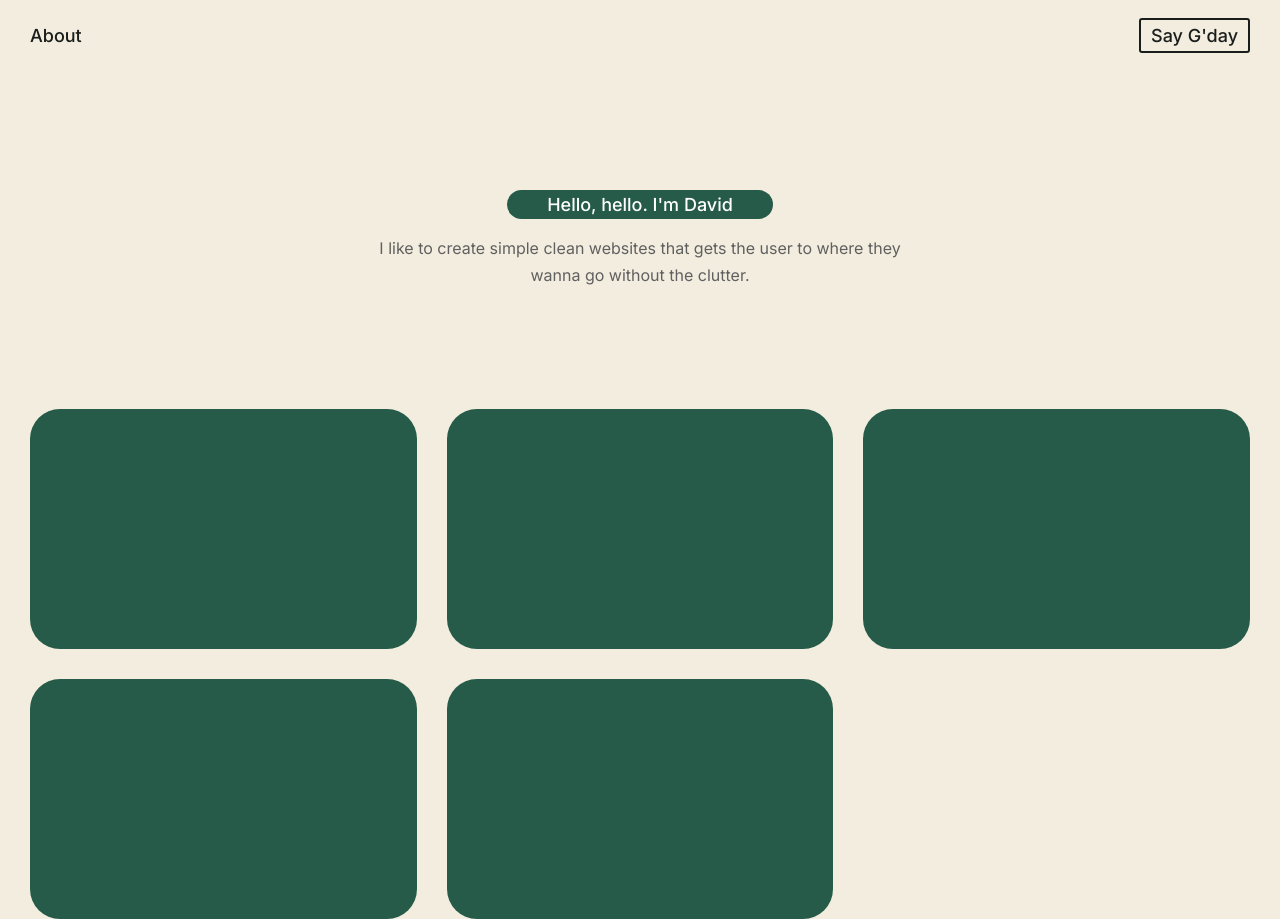
Repository: David-Waite/David-Waite-Portfolio
Page: /
The author's editor kept a copy of each file at every save. The page is drawn from the files as they stood at one save, then again after a run of saves.
The browser window is 1280 px wide. The pictures show the whole page.
The project was rebuilt for these pictures with package versions that can differ from the ones it lists, and the page was loaded fresh each time. The framework's server and built-in components were replaced by stand-ins that run in the browser. Also part of the build but not shown: next.config.js.

Above is the page before, as saved 2023-07-26 13:17:23.

After the next 2 saves:
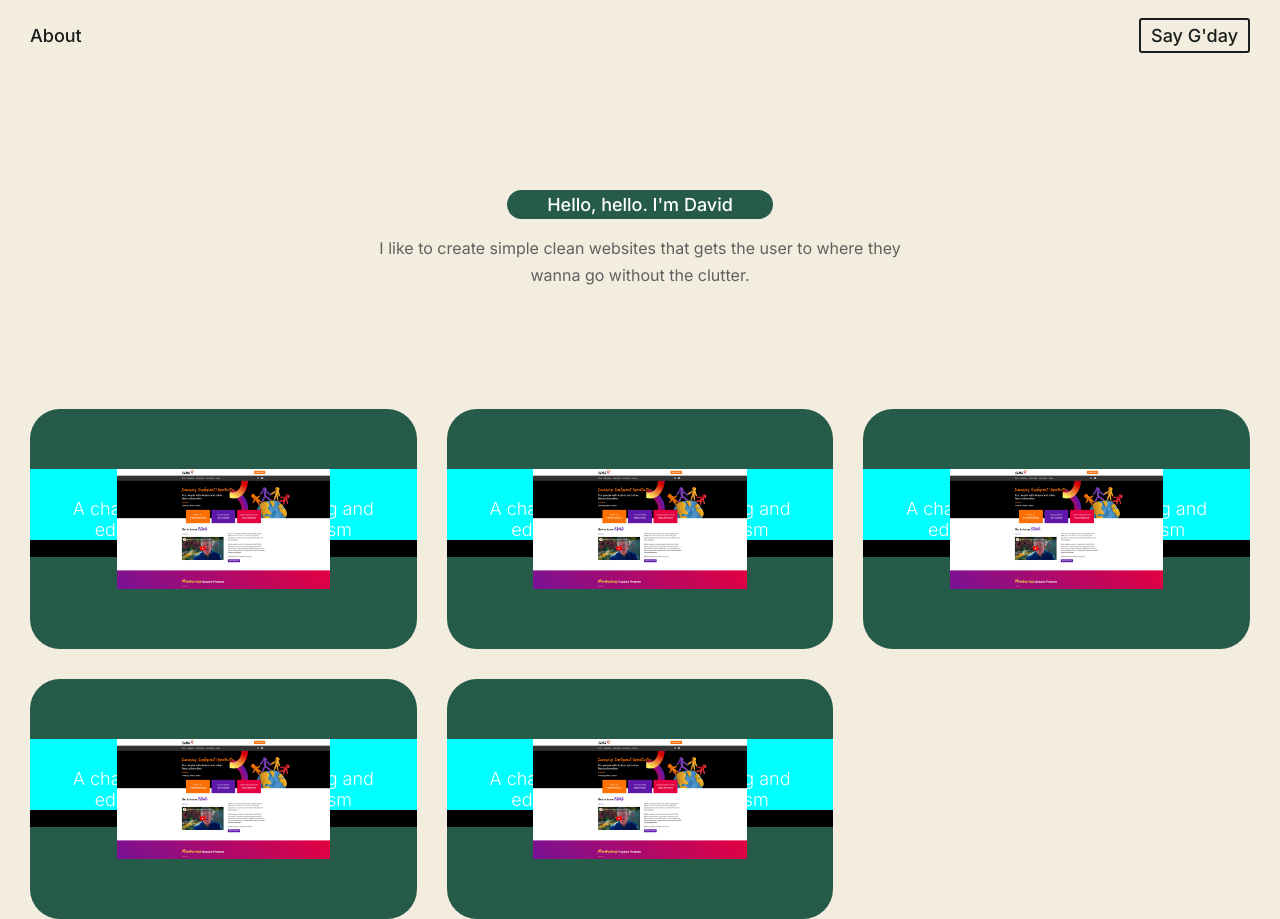
The 2 saves are shown as one change because they came seconds apart.
The last was saved 8 s later.
--- a/app/components/Nav/Home/Projects/projects.module.css
+++ b/app/components/Nav/Home/Projects/projects.module.css
@@ -21,10 +21,9 @@
 }
 .projectImages {
   object-fit: contain;
-  opacity: 0;
 }
 .projectInfo {
-  opacity: 0;
+  opacity: 1;
   background-color: aqua;
 }
 
